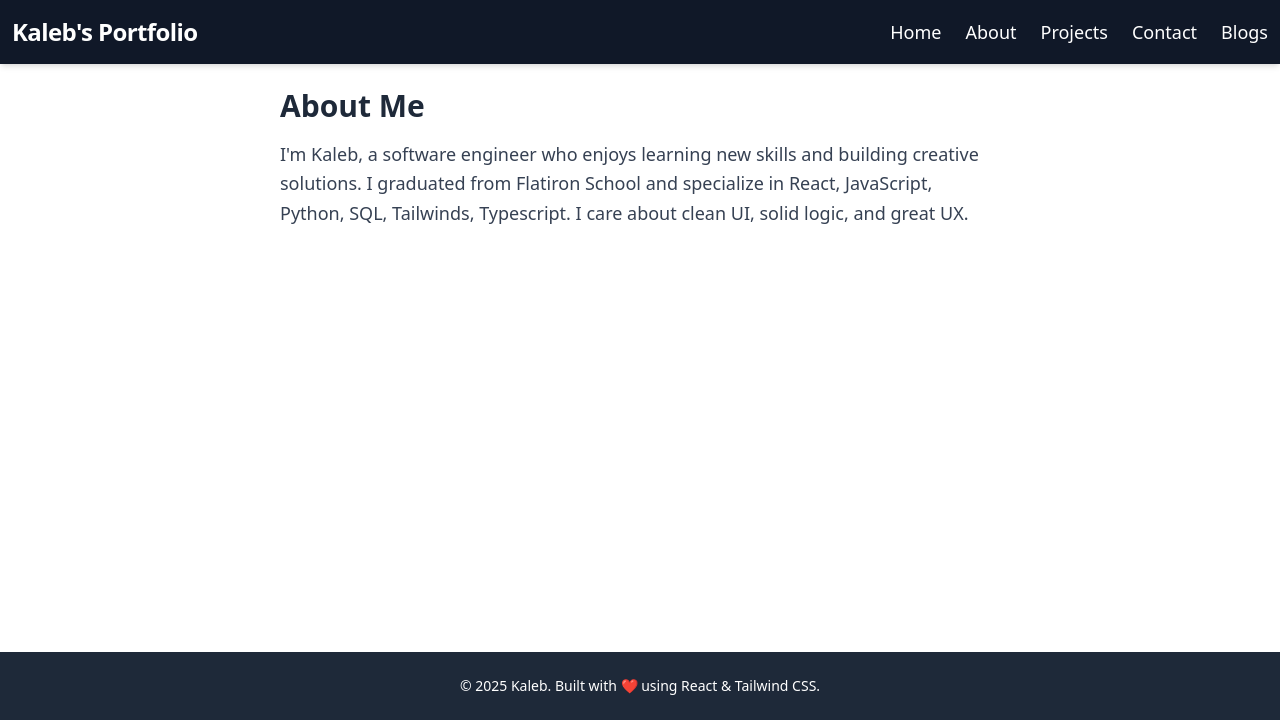
Repository: KalebMalone/portfolio-site
Page: /about
An editor plug-in stored every save of this project. The page is shown before and after a run of saves, followed by the edit.
The browser window is 1280 px wide. The pictures show the whole page.
The project was rebuilt for these pictures with package versions that can differ from the ones it lists, and the page was loaded fresh each time. Also part of the build but not shown: vite.config.js, src/pages/Home.jsx, src/pages/Projects.jsx, src/pages/Contact.jsx, src/pages/Blogs.jsx.

Above is the page before, as saved 2025-04-23 17:42:53.

After the next 2 saves:
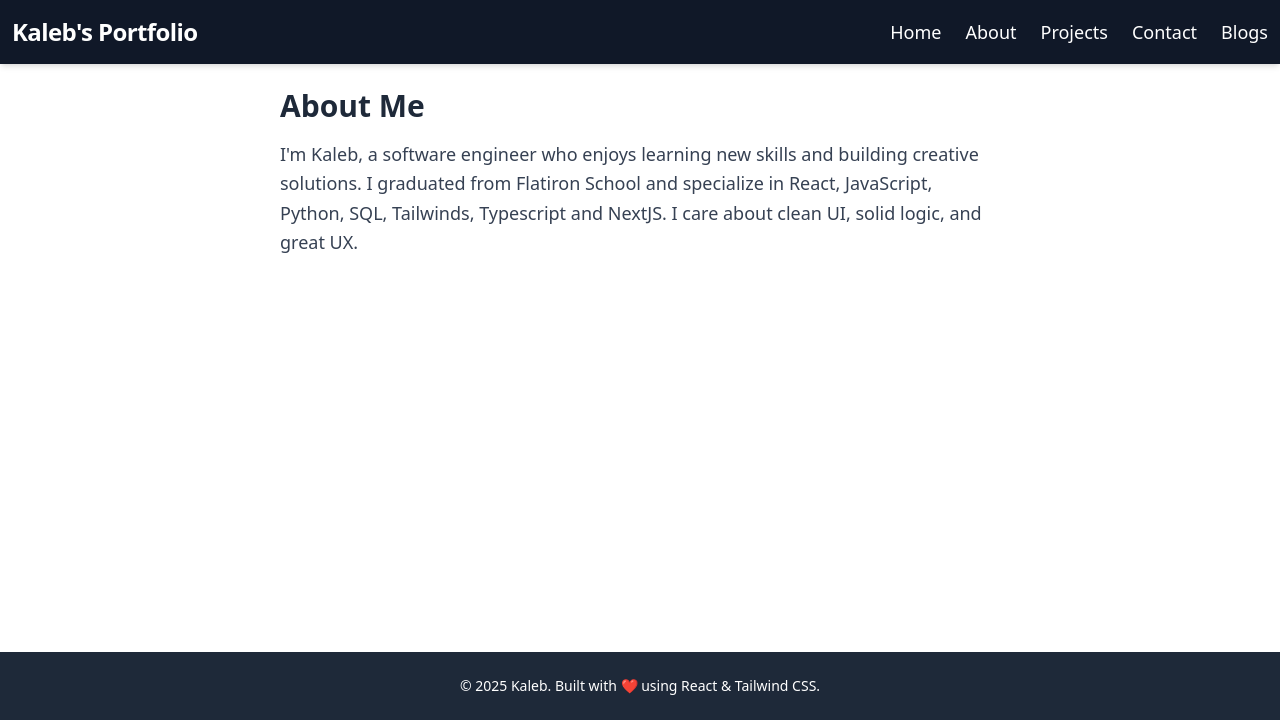
The 2 saves are shown as one change because they came seconds apart.
The last was saved 11 s later.
--- a/src/pages/About.jsx
+++ b/src/pages/About.jsx
@@ -3,7 +3,7 @@ const About = () => {
         <section className="max-w-3xl mx-auto p-6">
             <h2 className="text-3xl font-bold text-gray-800 mb-4">About Me</h2>
             <p className="text-gray-700 text-lg leading-relaxed">
-                I'm Kaleb, a software engineer who enjoys learning new skills and building creative solutions. I graduated from Flatiron School and specialize in React, JavaScript, Python, SQL, Tailwinds, Typescript. I care about clean UI, solid logic, and great UX.
+                I'm Kaleb, a software engineer who enjoys learning new skills and building creative solutions. I graduated from Flatiron School and specialize in React, JavaScript, Python, SQL, Tailwinds, Typescript and NextJS. I care about clean UI, solid logic, and great UX.
             </p>
         </section>
     );
